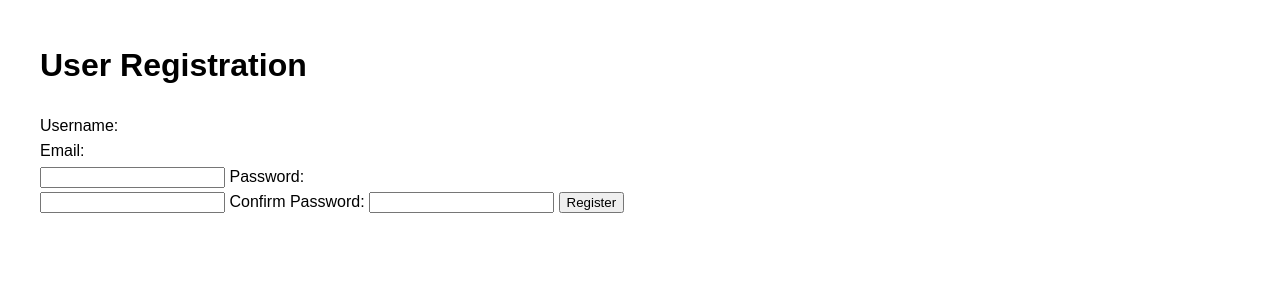
Repository: margo-m-chen/group_project
Page: user_registration.html
These files come from the project's save history. The page is drawn as it stood at one moment and after the next save; the edit follows.
The browser window is 1280 px wide. The pictures show the whole page.

Above is the page before, as saved 2025-07-21 15:05:48.

After the next save:
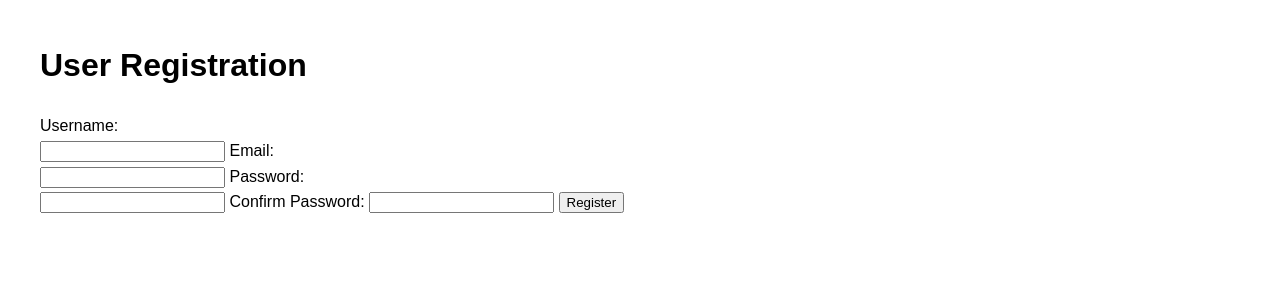
Saved 25 s later.
--- a/user_registration.html
+++ b/user_registration.html
@@ -23,7 +23,7 @@
 <body>
     <h1>User Registration</h1>
     <form id="regForm" action="register.form" method="POST" onsubmit="return validateForm()">
-        <label for="username">Username:</label><br <input type="text" id="username" name="username" required>
+        <label for="username">Username:</label><br> <input type="text" id="username" name="username" required>
 
 
         <label for="email">Email:</label><br>
